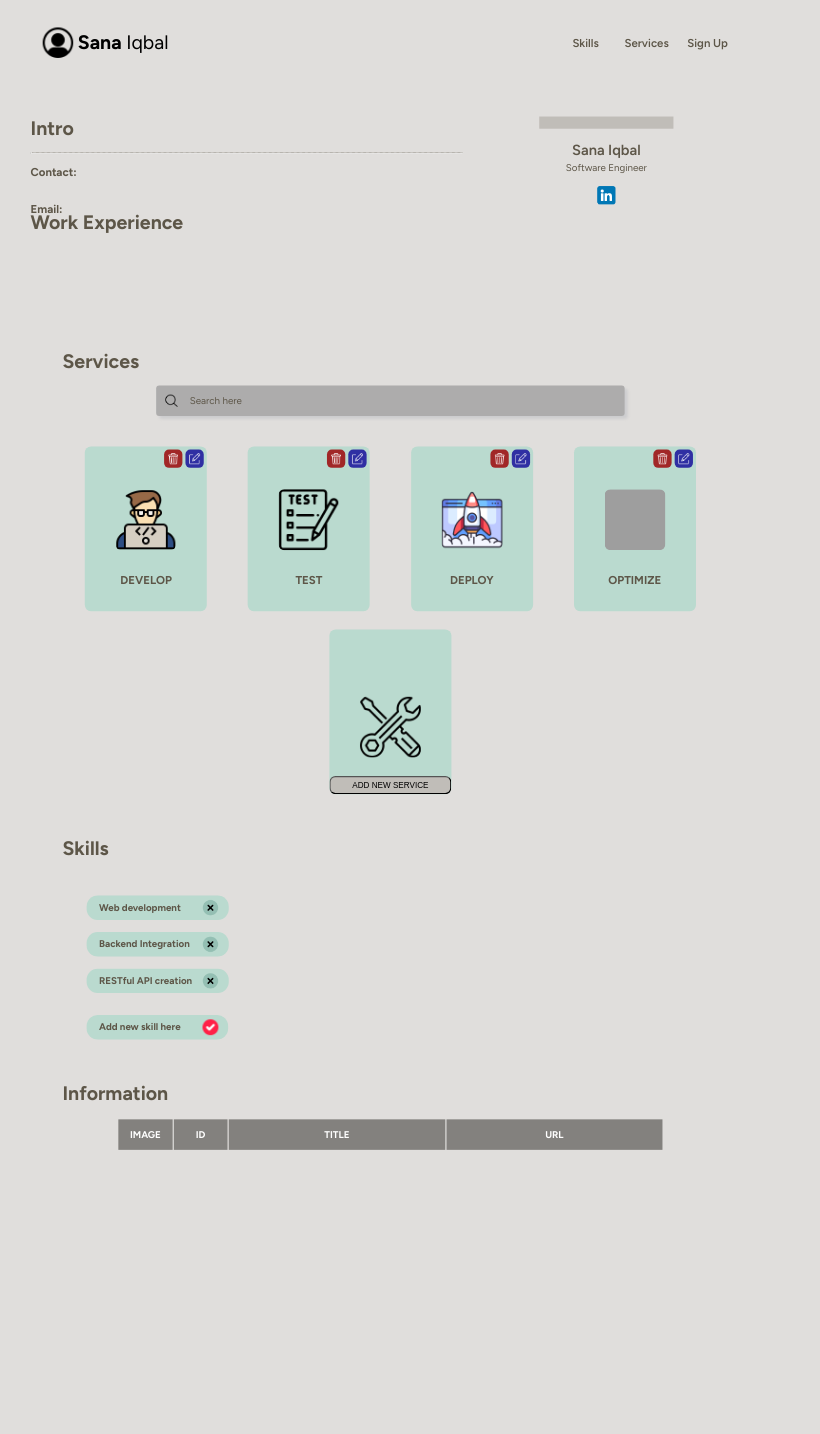
Repository: SanaIqbalDev/Portfolio
Page: portfolio.html
An editor plug-in stored every save of this project. The page is shown before and after the next save, followed by the edit.
The browser window is 1280 px wide. The page is 1344 px wide, so the pictures cover 1344 px, including what lies to the right of the window. The pictures show the whole page, at 61% of full size.
Pictures or frames that could not be fetched are drawn as grey boxes. The page's requests for data from a server got no answer.

Above is the page before, as saved 2023-08-23 16:33:16.

### portfolio.html
<!DOCTYPE html>
<html lang="en">

<head>
  <meta charset="utf-8" />
  <meta name="viewport" content="width=device-width, initial-scale=1.0" />
  <title>Sana Iqbal</title>
  <link rel="preconnect" href="https://fonts.googleapis.com">
  <link rel="preconnect" href="https://fonts.gstatic.com" crossorigin>
  <link href="https://fonts.googleapis.com/css2?family=Figtree:wght@400;600;700&display=swap" rel="stylesheet">
  <link rel="stylesheet" href="styles.css" />
  <script src="js/portfolio-main.js"></script>
  <script src="js/portfolio-skills.js"></script>
  <script src="js/portfolio-form-submission.js"></script>
  <script src="js/portfolio.external-data.js"></script>
</head>

<body>
  <header>

    <div class="header-div">
      <img width="50px" height="50px" src="res/ic_login.png">
      <h1 style="font-weight: 800;">&nbspSana&nbsp</h1>
      <h1 style="font-weight: 300;">Iqbal</h1>
    </div>

    <div class="header-option-section">

      <h3 id="skillset" class="header-options">Skills</h3>
      <h3 id="services" class="header-options">Services</h3>
      <h3 id="signup" class="header-options">Sign Up</h3>
    </div>
  </header>

  <main>
    <div class="main-content">
      <div class="top-row"  style="width: 100%; display: grid;grid-template-columns: 60% 20%;grid-gap:10%;margin-bottom: -50px;">
        <div class="intro-div">
          <h1 style="margin-top: 0;">Intro</h1>
          <p id="intro-data">

          </p>

          <hr style="margin: 0;">

          <h3 class="inline-div" style=" display: inline-block;">
            Contact:</h3>
          <p id="contact-data" style=" display: inline-block;"></p>
          <br />
          <h3 class="inline-div" style="display: inline-block;">
            Email:</h3>
          <p  id="email-data" style=" display: inline-block;"></p>
        </div>
        <div id="picture">
          <img id="person" width="200px" height="auto"
            />
          <h2  id="name-data" >Sana Iqbal</h2>
          <h4 id="heading">Software Engineer</h3>
            <a id="linkedin-data" target="_blank"><img id="img-linkedin"
                src="res/linkedin.png" width="30px" height="30px"></a>
        </div>
      </div>
      <div id="details">

        <div>
          <h1 style="margin-bottom: 70px;">
            Work Experience</h1>
            <div id="workexp"></div>
          <!-- <h4>
            1. Apni Dukan (Ordering Application)</h4>
          <ul>
            <li>
              Developed and launched a feature-rich E-Commerce based grocery
              application for the company 24 SEVEN, catering to shopkeepers who
              want to order wholesale products in bulk for their shop.
              <pre></pre>
            </li>
            <li>
              Implemented key functionalities including Sign In, Sign Up,
              Catalog management with browsing option, Shopping cart management,
              Order checkout, Order detail, Voice Search feature, along with
              Customer status level management.
              <pre></pre>
            </li>
            <li>
              Utilized Java and Kotlin languages and Android SDK and associated
              libraries for developing robust and scalable Android application.
              <pre></pre>
            </li>
            <li>
              Employed MVVM architecture pattern to enhance code maintainability
              and separation of concerns, and ensured a seamless user experience
              with ongoing testing and debugging process.
            </li>
          </ul>
          <h4 style="margin-top: 30px;">
            2. APNI DUKAN (POS Application)</h4>
          <ul>
            <li>
              Developed application specifically for Point Of Sale devices for
              the company 24 SEVEN, to facilitate shopkeepers in the process of
              automating their daily sales and keeping track of all the orders
              and the customers.
              <pre></pre>
            </li>
            <li>
              Application is well structured to enable easy and quick order
              placement and catalog access from pos device.
              <pre></pre>
            </li>
            <li>
              Application also provide feature to show orders placed to a
              particular store from other sources along with entire order
              management process in the application
              <pre></pre>
            </li>
            <li>
              Java and Kotlin languages are used along with Android SDK and
              other libraries provided by android platform for developing a
              robust application.
            </li>
          </ul> -->
        </div>
      </div>

    </div>
    <div class="services-div">
      <h1>Services</h1>
      <div class="seach-view" id="search-view"
        style="display: flex; justify-content: flex-start;align-items: center; box-sizing: border-box;border-radius: 5px; padding: 5px; width: 60%;background-color: #adacac; box-sizing: border-box; box-shadow: 5px 5px 5px rgb(205, 205, 207); ">
        <img id="search-image" src="res/ic_search.png" style="padding: 10px; cursor: pointer;" width="20px"
          height="20px">
        <label id="search-label" style="margin-left: 10px; width: 100%;">Search here</label>
        <input id="search-input"
          style="display: none; width: 100%; font: 1em sans-serif; border: none; outline: none; background-color: transparent;"
          type="text">
      </div>
      <!-- <div id="search-dropdown" > -->

    </div>
    <div id="products-container" class="slider">
      <div id="1slider" class="slider-bg">
        <div class="item-options">
          <button class="remove-btn"><img src="res/ic_delete.png" width="18px" height="18px"></button>
          <button class="edit-btn"><img src="res/ic_edit.png" width="18px" height="18px"></button>
        </div>
        <div id="develop" class="slider-item">
          <img src="res/ic_develop.png">
          <h3 class="item-title">DEVELOP</h3>
        </div>
      </div>

      <div id="2slider" class="slider-bg">
        <div class="item-options">
          <button class="remove-btn"><img src="res/ic_delete.png" width="18px" height="18px"></button>
          <button class="edit-btn"><img src="res/ic_edit.png" width="18px" height="18px"></button>
        </div>
        <div id="test" class="slider-item">
          <img src="res/ic_test.png">
          <h3 class="item-title">TEST</h3>
        </div>
      </div>

      <div id="3slider" class="slider-bg">
        <div class="item-options">
          <button class="remove-btn"><img src="res/ic_delete.png" width="18px" height="18px"></button>
          <button class="edit-btn"><img src="res/ic_edit.png" width="18px" height="18px"></button>
        </div>
        <div id="deploy" class="slider-item">
          <img src="res/ic_deploy.png">
          <h3 class="item-title">DEPLOY</h3>
        </div>
      </div>

      <div id="4slider" class="slider-bg">
        <div class="item-options">
          <button class="remove-btn"><img src="res/ic_delete.png" width="18px" height="18px"></button>
          <button class="edit-btn"><img src="res/ic_edit.png" width="18px" height="18px"></button>
        </div>
        <div id="optimize" class="slider-item">
          <img src="res/ic_optimize.png">
          <h3 class="item-title">OPTIMIZE</h3>

        </div>
      </div>

      <div id="add-item-div" class="slider-bg">
        <div class="slider-item">
          <img src="res/ic_addItem.png">
        </div>
        <button id="add-item" class="add-new-item">ADD NEW SERVICE</button>

      </div>
    </div>
    </div>


    <div id="skills-div" class="skills-div">
      <h1>Skills</h1>
      <div style="width: 84%; display: block;">
        <div id="skill-items" class="skill-items">
          <ul id="skill-list">
          </ul>
          <div class="add-skill-item">
            <label id="add-skill-label" class="title-skill">Add new skill here</label>
            <input id="add-skill-input" class="add-skill" type="text" placeholder="Add Skill" value=""
              style="display: none; font: 1em sans-serif; border: none; outline: none; background-color: #badacf;">

            <button id="add-skill-btn"><img src="res/ic_add.png" width="30px" height="30px"
                style="transition: filter 0.3s ease;box-sizing: border-box; padding: 2px;"></button>

          </div>
        </div>
      </div>

    </div>

    <div class="external-data-div">
      <h1>Information</h1>
      <table class="info-table" style="width: 70%;">
        <tr style="height: 50px; width: 100%;">
          <th class="image-id-cell" style=" background-color: #83817e; color: white;">IMAGE</th>
          <th class="image-id-cell" style=" background-color: #83817e;  color: white;">ID</th>
          <th style=" background-color: #83817e; color: white; width: 40%;">TITLE</th>
          <th style="width: 40%;background-color: #83817e; color: white;">URL</th>
        </tr>
      </table>
      <div class="table-container">
        <table id="info-table" class="info-table">
        </table>
      </div>

    </div>

    <div id="signupModal" class="signup-modal">
      <div class="modal-content">
        <h2>Fill your information</h2>

        <form id="submit-form" action="">
          <section>
            <input id="name" class="input-field" type="text" placeholder="Name" value="">
            <input id="email" class="input-field" placeholder="Email" value="">
            <input id="password" class="input-field" type="password" placeholder="Password (atleast 6 characters)"
              value="">
          </section>

          <div
            style="display: flex; justify-content: center;max-height: 50px;height: 50px; margin-top: 50px; margin-left: auto; margin-right: auto;">
            <button id="submit" type="submit">SUBMIT</button>
            <div id="loading" class="spinner"></div>
          </div>
        </form>
      </div>
    </div>
    <div id="productDesc" class="product-modal">
      <div id="product-content" class="product-content">
        <img id="product-img" src="res/ic_develop.png" width="100px" height="100px">
        <h2 id="product-title" style="margin-top: 30px;">TITLE</h2>
        <p id="product-description" style="margin-top: 30px;">We are a dedicated and proficient website development
          service provider, committed to crafting impactful
          online solutions for businesses across diverse industries.
          With a team of skilled developers, designers, and digital strategists, we offer comprehensive website
          development services that transcend mere online presence.<br /><br />

          Our approach begins by understanding your unique business objectives and target audience. Leveraging
          cutting-edge technologies and industry best practices, we meticulously
          design and develop websites that are not only visually stunning but also functionally robust. <br /><br />

          From responsive designs that adapt seamlessly to different devices to user-friendly
          interfaces that enhance engagement, we ensure every element contributes to an exceptional user experience.
          <br />
        </p>
      </div>
    </div>

    <!-- Edit Form Modal -->
    <div id="editModal" class="edit-modal">
      <div class="edit-content">
        <form id="service-info-form" action="">
          <section class="input-section">
            <img id="imagePreview" src="" alt="Selected Image" style="width: 110px; height: 110px;">
            <input id="edit-img" class="input-field" type="file" value="">
            <input id="edit-title" class="input-field" class="input-field" type="text" placeholder="Add service title"
              value="">
            <textarea id="edit-description" class="input-field"
              style=" width: 90%; min-height: 120px;height: auto;overflow: auto;white-space: wrap;font-family: 'Figtree', sans-serif;">This is a long piece of text that will wrap inside the textarea element.</textarea>
            <button id="submit-edit-info" type="submit">SUBMIT</button>
          </section>
        </form>
      </div>
    </div>

    <div id="edit-modal-alert">
      <div id="successModal" class="alert-modal">
        <img id="alert-icon" src="res/ic_success.png" width="50px" height="50px">
        <h2 id="alert-message">Data has been sent successfully</h2>
      </div>
    </div>
  </main>

</body>

</html>

Loaded but not shown: js/portfolio-main.js (594 lines, source omitted); js/portfolio-form-submission.js (112 lines, source omitted); js/portfolio-skills.js (122 lines, source omitted); js/portfolio.external-data.js (53 lines, source omitted); styles.css (811 lines, source omitted)

After the next save:
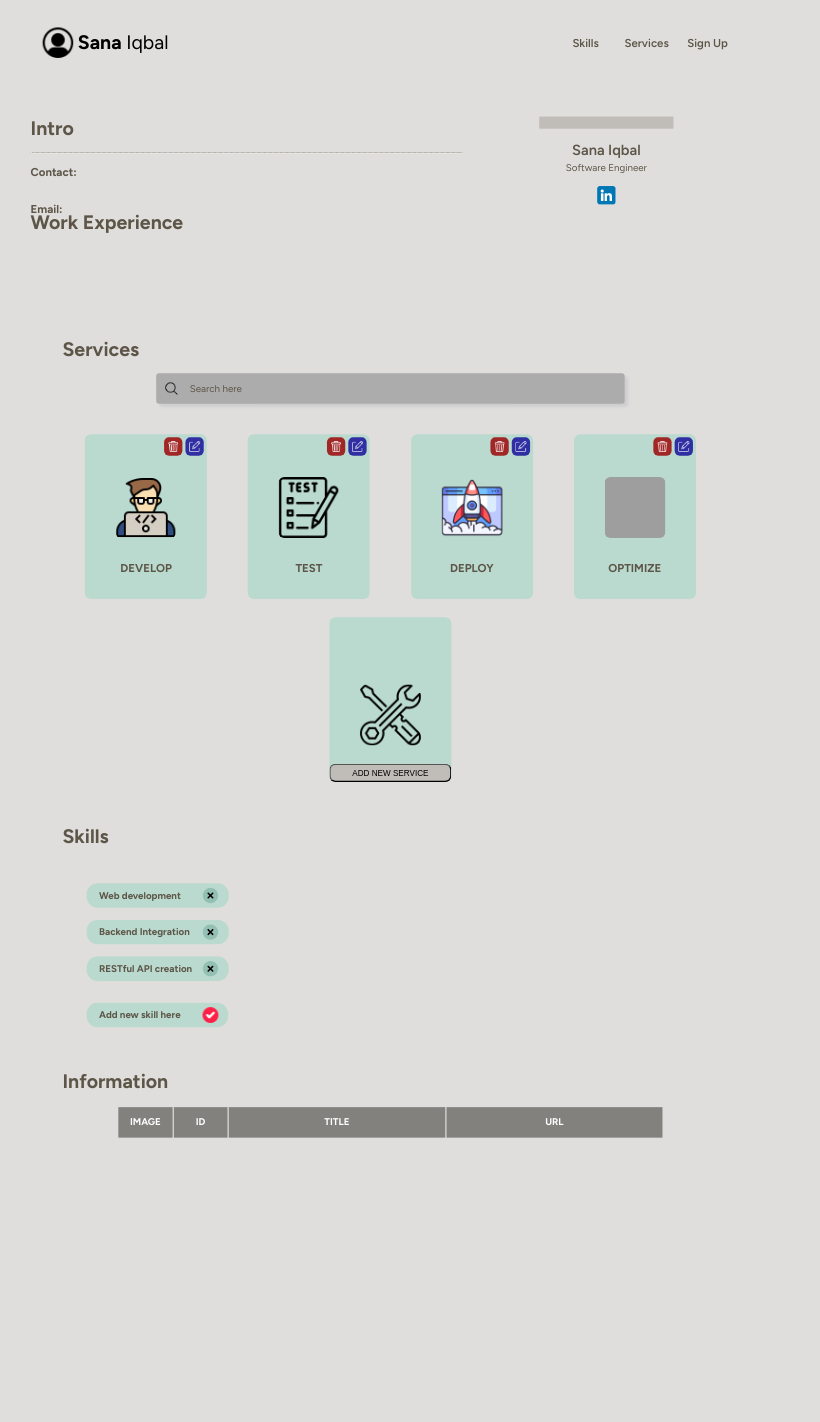
Saved 35 s later.
--- a/portfolio.html
+++ b/portfolio.html
@@ -63,7 +63,7 @@
       <div id="details">
 
         <div>
-          <h1 style="margin-bottom: 70px;">
+          <h1 style="margin-bottom: 50px;">
             Work Experience</h1>
             <div id="workexp"></div>
           <!-- <h4>
